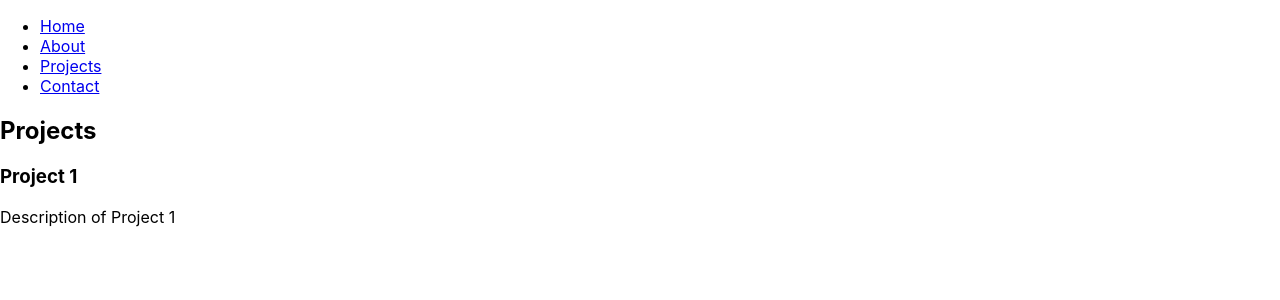
Repository: mjbraun95/my-website
Page: /projects
An editor plug-in stored every save of this project. The page is shown before and after the next save, followed by the edit.
The browser window is 1280 px wide. The pictures show the whole page.
The project was rebuilt for these pictures with package versions that can differ from the ones it lists, and the page was loaded fresh each time. Also part of the build but not shown: src/Header.js, src/About.js, src/Contact.js, src/App.css.

Above is the page before, as saved 2023-12-07 12:35:55.

After the next save:
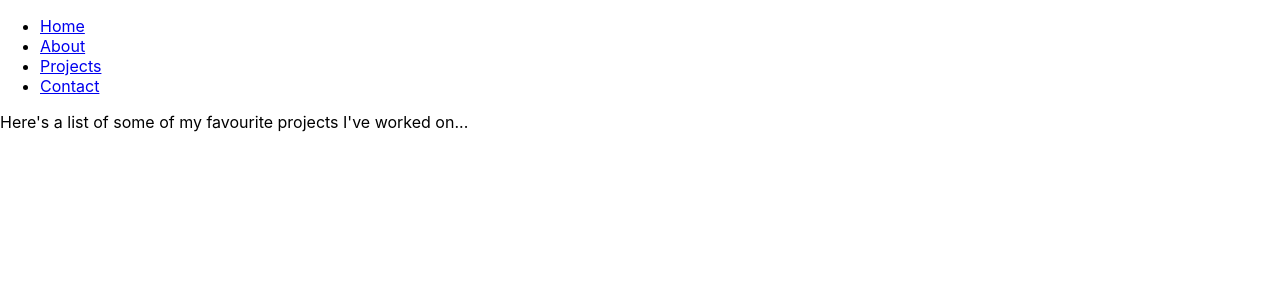
Saved 48 s later.
--- a/src/Projects.js
+++ b/src/Projects.js
@@ -3,15 +3,13 @@ import './Projects.module.css'; // Your CSS module for Projects
 
 const Projects = () => {
     return (
-        <section id="projects">
-            <h2>Projects</h2>
-            {/* Replace with your actual project details */}
-            <div className="project">
-                <h3>Project 1</h3>
-                <p>Description of Project 1</p>
-            </div>
-            {/* Repeat for other projects */}
-        </section>
+        <div className="content">
+            <p className="fullBox">
+                Here's a list of some of my favourite projects I've worked on...
+                {/* Continue with your text */}
+            </p>
+            {/* Add your projects here */}
+        </div>
     );
 };
 
